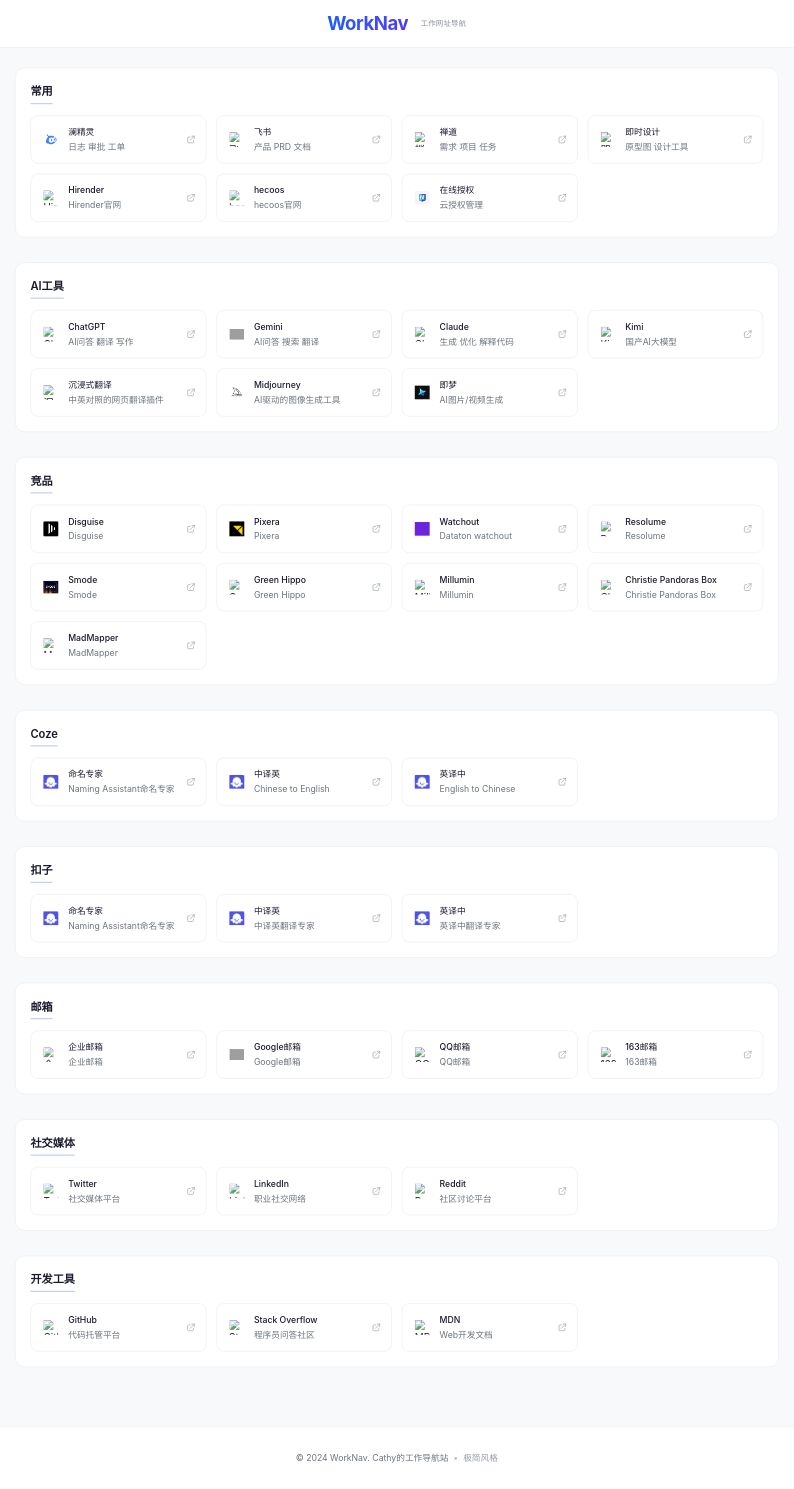
Repository: SweetPomelo0/WorkNav
Page: /
The author's editor kept a copy of each file at every save. The page is drawn from the files as they stood at one save, then again after the next save.
The browser window is 1280 px wide. The pictures show the whole page, at 62% of full size.
Pictures or frames that could not be fetched are drawn as grey boxes. The project was rebuilt for these pictures with package versions that can differ from the ones it lists, and the page was loaded fresh each time. The framework's server and built-in components were replaced by stand-ins that run in the browser. Also part of the build but not shown: next.config.ts.

Above is the page before, as saved 2025-07-26 21:14:51.

After the next save:
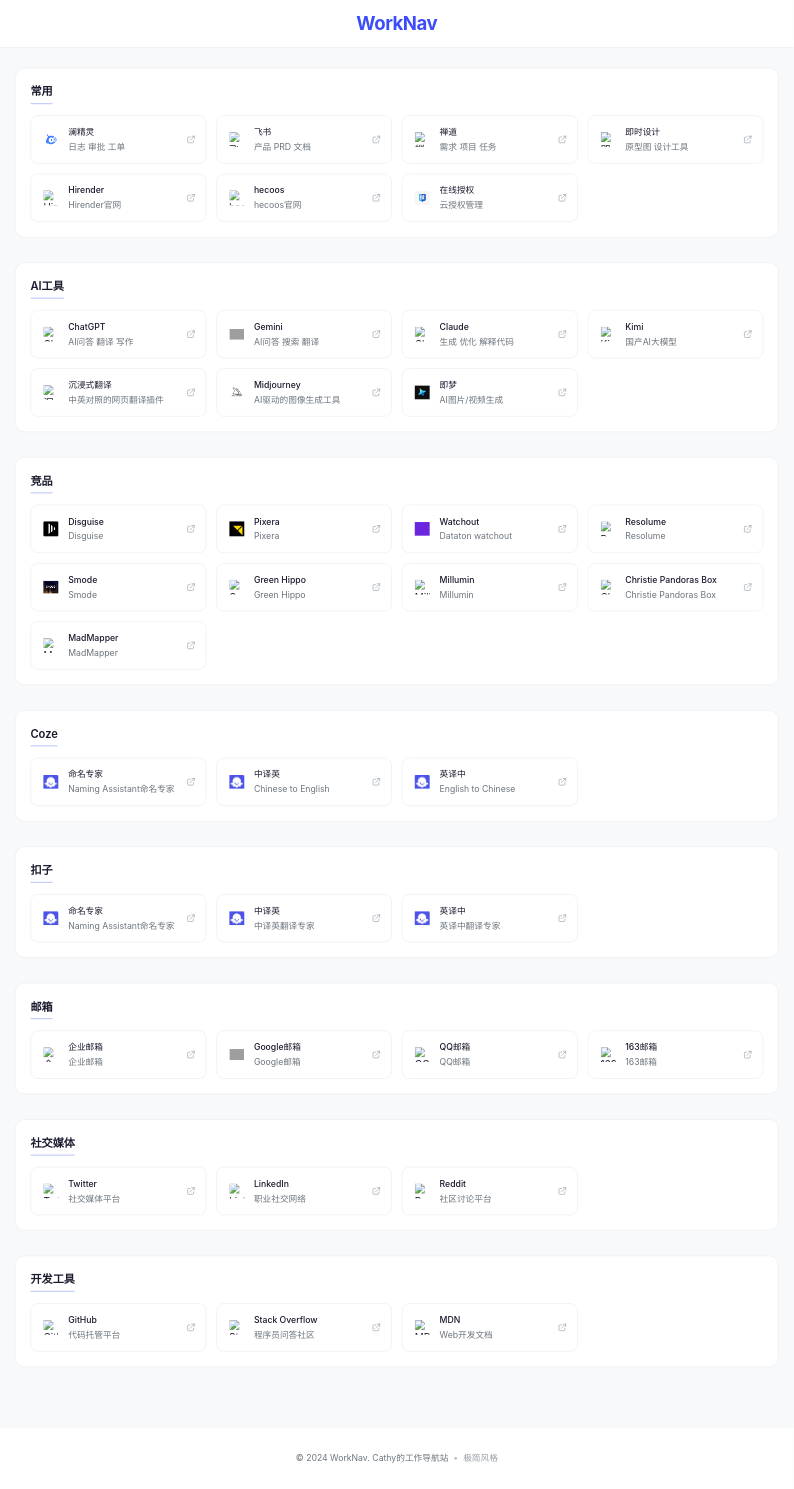
Saved 31 s later.
--- a/src/app/page.tsx
+++ b/src/app/page.tsx
@@ -90,11 +90,8 @@
       {/* Header */}
       <header style={{ background: 'var(--header-bg)', borderBottom: '1px solid var(--card-border)' }}>
         <div className="max-w-7xl mx-auto px-6 py-5">
-          <div className="text-center flex items-center justify-center gap-3">
+          <div className="text-center">
             <h1 className="text-3xl font-bold tracking-tight bg-clip-text text-transparent bg-gradient-to-r from-blue-600 to-indigo-600 dark:from-blue-400 dark:to-indigo-400">WorkNav</h1>
-            <div className="ml-2 inline-flex items-center">
-              <span className="text-xs text-gray-500/80 dark:text-gray-400/80 tracking-wide">工作网址导航</span>
-            </div>
           </div>
         </div>
       </header>
